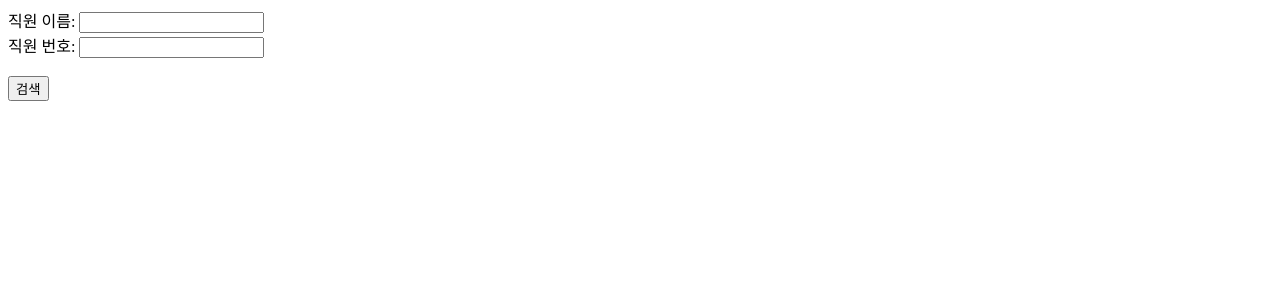
Repository: Awseok/InterDBTermProject
Page: http://localhost/FoodManager/Search_Employee.jsp
The author's editor kept a copy of each file at every save. The page is drawn from the files as they stood at one save, then again after a run of saves.
The browser window is 1280 px wide. The pictures show the whole page.
The page is served by Tomcat 9. Nobody is signed in. The application's start-up code is not run.

Above is the page before, as saved 2020-06-27 13:21:44.

After the next 2 saves:
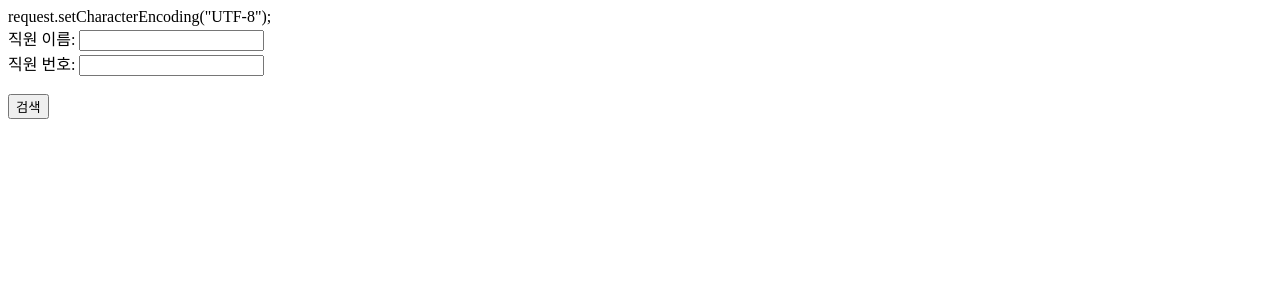
The 2 saves are shown as one change because they came seconds apart.
The last was saved 22 s later.
--- a/FoodManager/WebContent/Search_Employee.jsp
+++ b/FoodManager/WebContent/Search_Employee.jsp
@@ -7,6 +7,7 @@
 <title>Insert title here</title>
 </head>
 <body>
+request.setCharacterEncoding("UTF-8");
 <form action="search.jsp" method="POST">
 직원 이름:
 <input type="text" name="e_name">

After the save that followed:
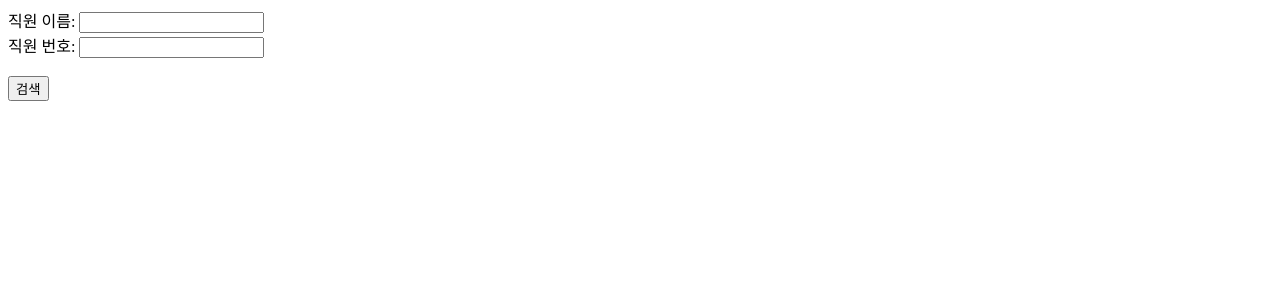
Saved 18 s later.
--- a/FoodManager/WebContent/Search_Employee.jsp
+++ b/FoodManager/WebContent/Search_Employee.jsp
@@ -7,7 +7,7 @@
 <title>Insert title here</title>
 </head>
 <body>
-request.setCharacterEncoding("UTF-8");
+<% request.setCharacterEncoding("UTF-8");%>
 <form action="search.jsp" method="POST">
 직원 이름:
 <input type="text" name="e_name">
